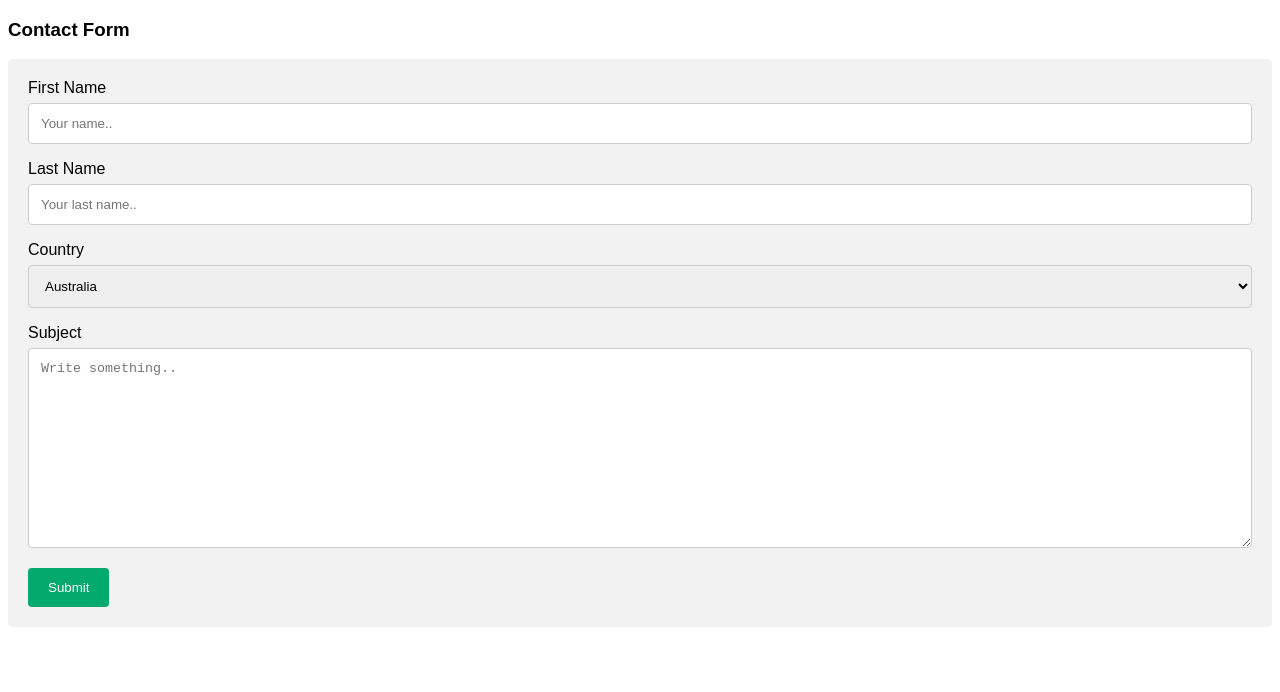
Repository: ABCchocolate/JSP_yooshin
Page: http://localhost/BoardApp/notice/write.jsp
These files come from the project's save history. The page is drawn as it stood at one moment and after the next save; the edit follows.
The browser window is 1280 px wide. The pictures show the whole page.
The page is served by Tomcat 9.

Above is the page before, as saved 2025-07-01 00:55:53.

After the next save:
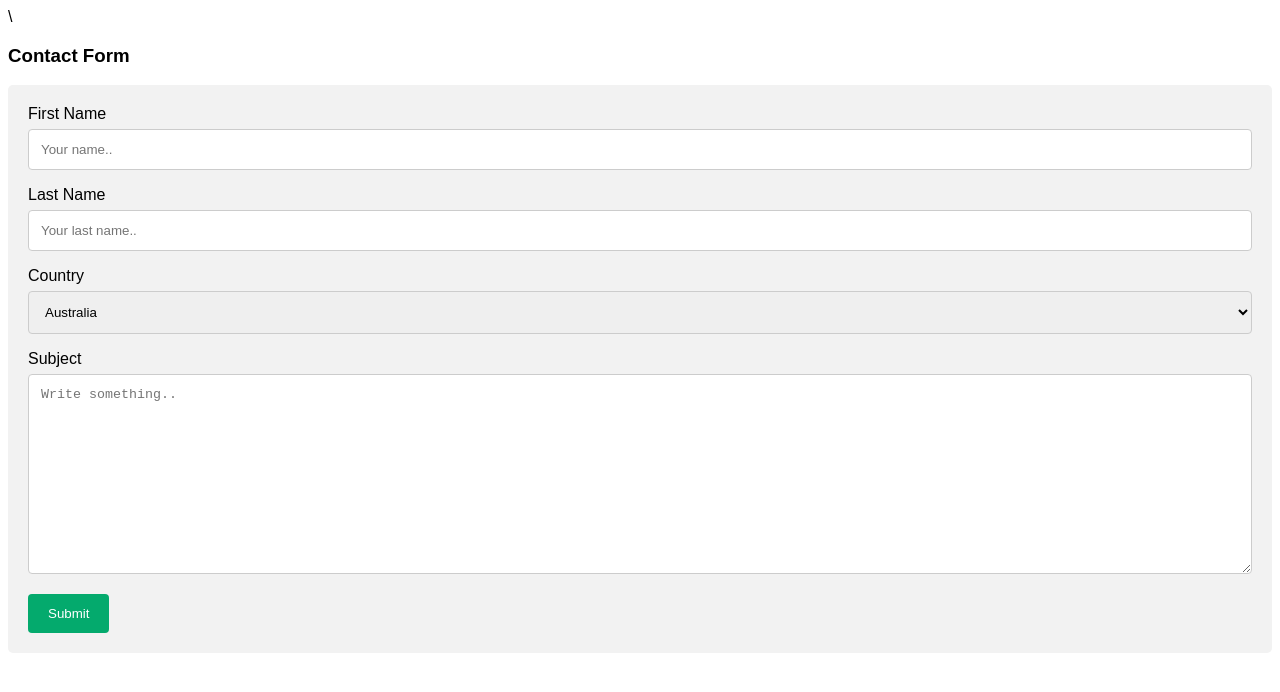
Saved 4 s later.
--- a/BoardApp/src/main/webapp/notice/write.jsp
+++ b/BoardApp/src/main/webapp/notice/write.jsp
@@ -3,7 +3,7 @@
 <html>
 <head>
 <meta name="viewport" content="width=device-width, initial-scale=1">
-
+\
 <meta charset="UTF-8">
 <style>
 body {font-family: Arial, Helvetica, sans-serif;}

After the save that followed:
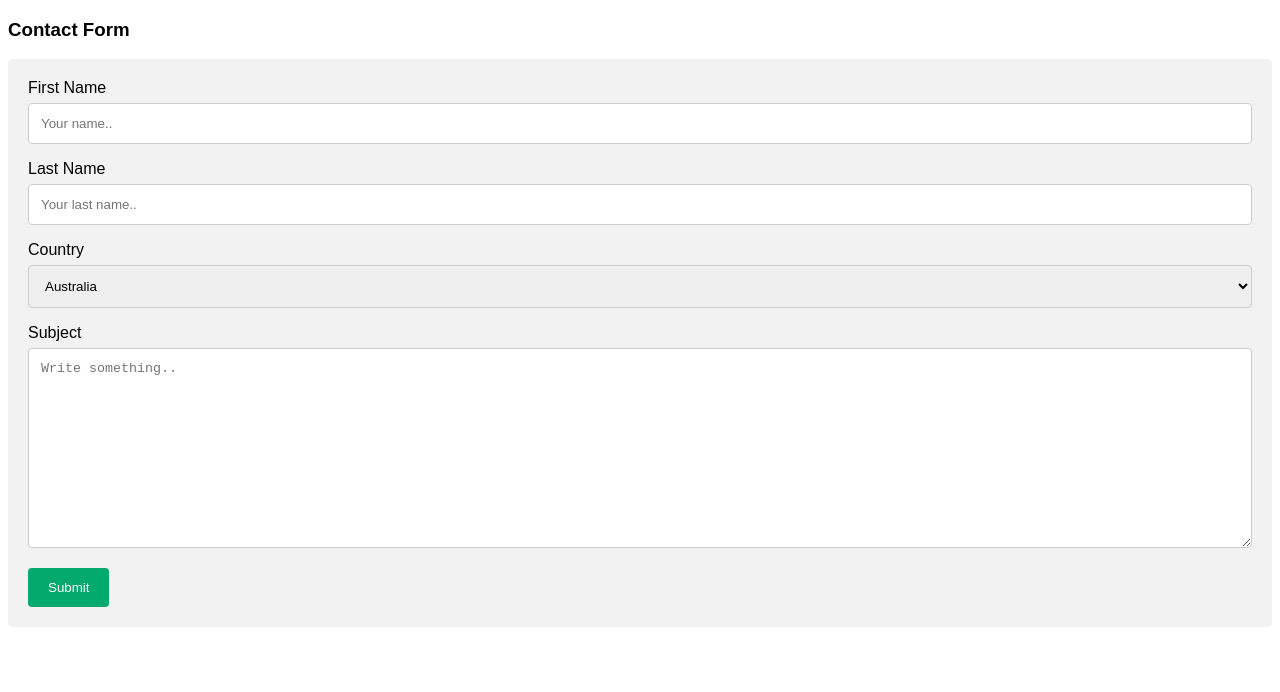
Saved 42 s later.
--- a/BoardApp/src/main/webapp/notice/write.jsp
+++ b/BoardApp/src/main/webapp/notice/write.jsp
@@ -3,7 +3,7 @@
 <html>
 <head>
 <meta name="viewport" content="width=device-width, initial-scale=1">
-\
+<script src="https://ajax.googleapis.com/ajax/libs/jquery/3.7.1/jquery.min.js"></script>
 <meta charset="UTF-8">
 <style>
 body {font-family: Arial, Helvetica, sans-serif;}
